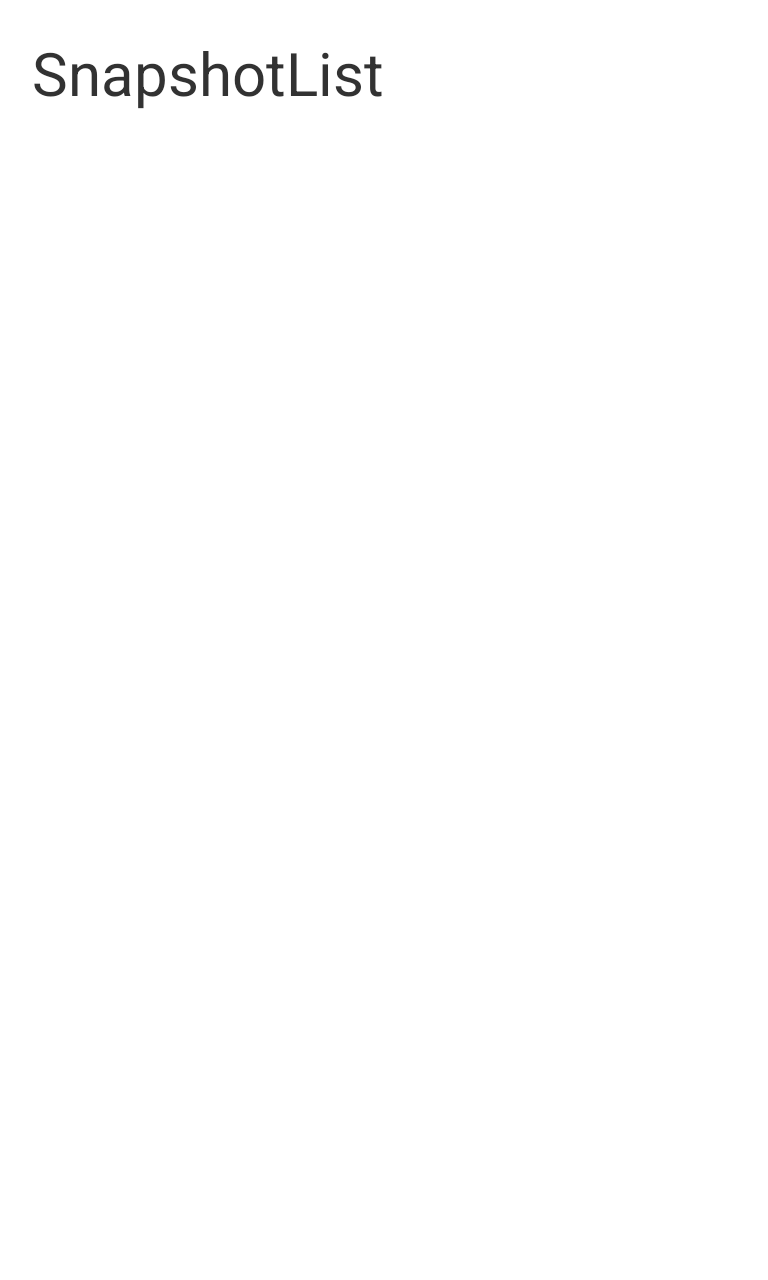
Repository: zzttt/LVM_BackupSol
Layout: TimeTraveler/res/layout/activity_srv_backup.xml
The author's editor kept a copy of each file at every save. The layout is drawn from the files as they stood at one save, then again after the next save.
It is drawn on a 768 x 1280 px phone screen (xhdpi) without system bars, with theme AppTheme; the app's code is not run. Lists and similar views that code fills are empty.

Above is the layout before, as saved 2014-07-20 08:50:59.

After the next save:
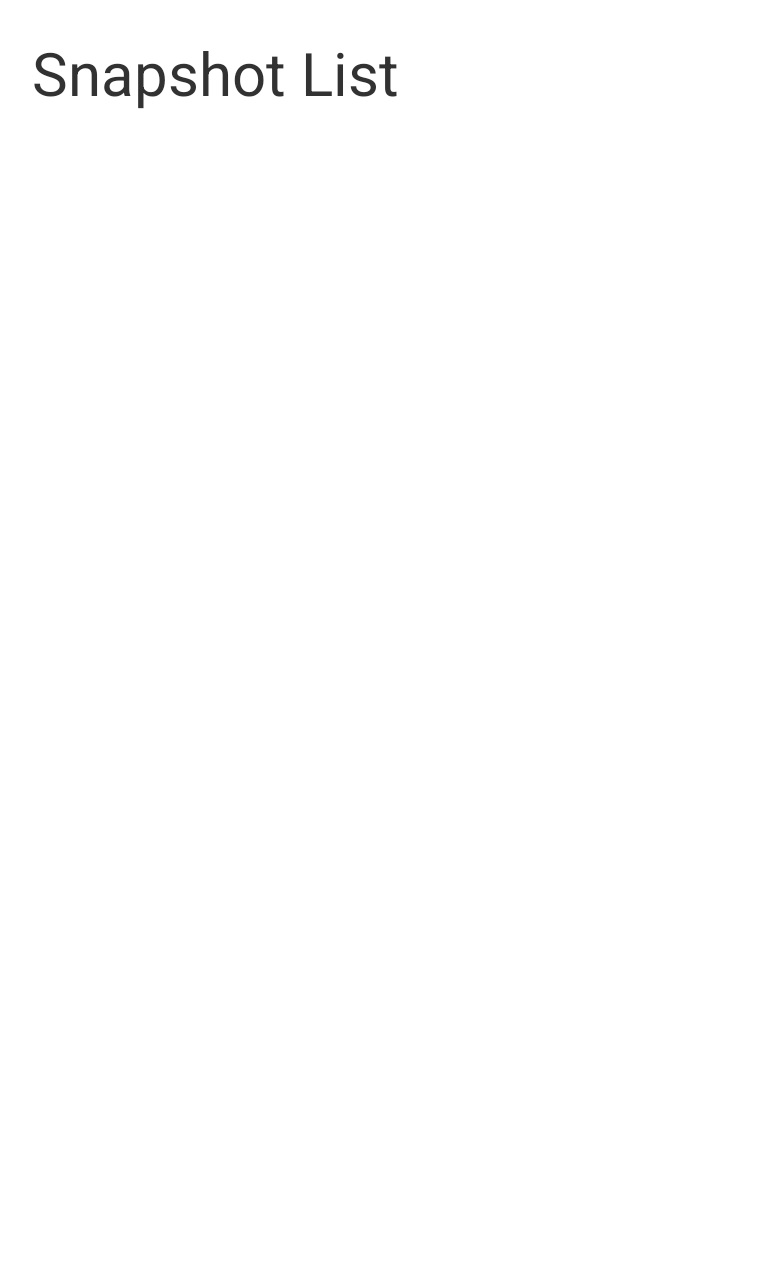
Saved 2 min 15 s later.
--- a/TimeTraveler/res/layout/activity_srv_backup.xml
+++ b/TimeTraveler/res/layout/activity_srv_backup.xml
@@ -12,7 +12,7 @@
         android:id="@+id/sListTitle"
         android:layout_width="match_parent"
         android:layout_height="wrap_content"
-        android:text="SnapshotList"
+        android:text="Snapshot List"
         android:textSize="30sp" />
 
     <ListView
